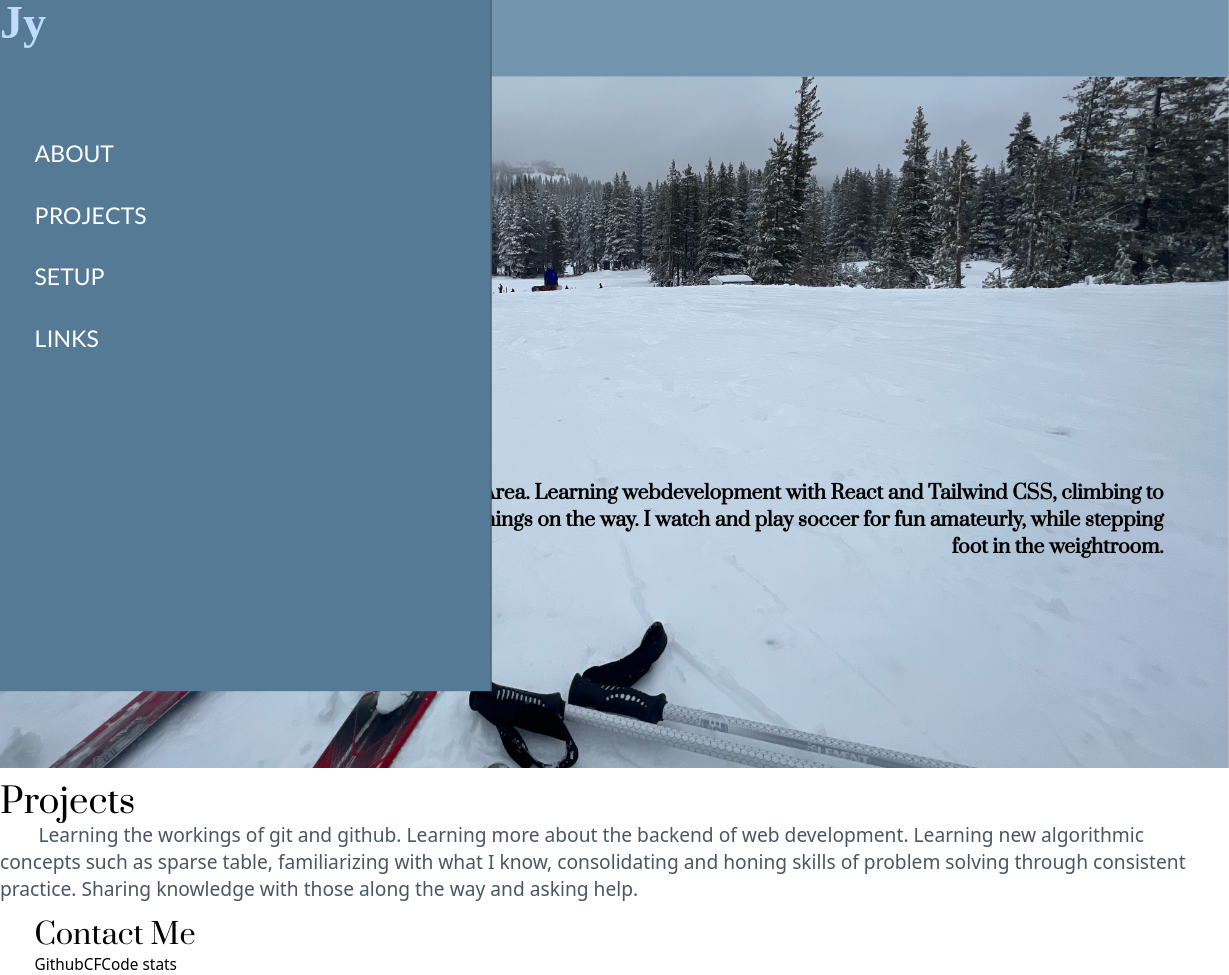
Repository: joshuayanggithub/joshua-yang-website
Page: /
The author's editor kept a copy of each file at every save. The page is drawn from the files as they stood at one save, then again after the next save.
The browser window is 1280 px wide. The pictures show the whole page, at 96% of full size.
Some web fonts or font styles are not loaded; a fallback is used. The project was rebuilt for these pictures with package versions that can differ from the ones it lists, and the page was loaded fresh each time.

Above is the page before, as saved 2023-01-08 02:18:30.

### public/index.html
<!DOCTYPE html>
<html lang="en">
  <head>
    <meta charset="utf-8" />
    <link rel="icon" href="%PUBLIC_URL%/favicon.ico" />
    <meta name="viewport" content="width=device-width, initial-scale=1" />
    <meta name="theme-color" content="#000000" />
    <meta
      name="description"
      content="Web site created using create-react-app"
    />
    <link rel="apple-touch-icon" href="%PUBLIC_URL%/logo192.png" />
    <!--
      manifest.json provides metadata used when your web app is installed on a
      user's mobile device or desktop. See https://developers.google.com/web/fundamentals/web-app-manifest/
    -->
    <link rel="manifest" href="%PUBLIC_URL%/manifest.json" />
    <!--
      Notice the use of %PUBLIC_URL% in the tags above.
      It will be replaced with the URL of the `public` folder during the build.
      Only files inside the `public` folder can be referenced from the HTML.

      Unlike "/favicon.ico" or "favicon.ico", "%PUBLIC_URL%/favicon.ico" will
      work correctly both with client-side routing and a non-root public URL.
      Learn how to configure a non-root public URL by running `npm run build`.
    -->
    <title>Joshua Yang</title>
  </head>
  <body>
    <noscript>You need to enable JavaScript to run this app.</noscript>
    <div id="root"></div>
    <!--
      This HTML file is a template.
      If you open it directly in the browser, you will see an empty page.

      You can add webfonts, meta tags, or analytics to this file.
      The build step will place the bundled scripts into the <body> tag.

      To begin the development, run `npm start` or `yarn start`.
      To create a production bundle, use `npm run build` or `yarn build`.
    -->
  </body>
</html>

### src/index.css
@import url('https://fonts.googleapis.com/css2?family=Lato:ital,wght@0,100;0,300;0,400;0,700;0,900;1,100;1,400;1,700;1,900&display=swap');

@import url('https://fonts.googleapis.com/css2?family=Prata&display=swap');

@import url('https://fonts.googleapis.com/css2?family=Sofia&display=swap');

@tailwind base;
@tailwind components;
@tailwind utilities;

### src/App.js
import NavBar from "./components/NavBar";
import About from "./components/About";
import Contacts from "./components/Contacts";
import Setup from "./components/Setup";
import Projects from "./components/Projects";

function App() {
  return (
    <>
      <NavBar />
      <About />
      <Projects />
      <Setup />
      <Contacts />
    </>
  );
}

export default App;

### src/components/NavBar.jsx
import React from "react";
import {AiOutlineMenu,AiOutlineClose} from 'react-icons/ai'
import Button from './Button'

const NavBar = () => {
  const links = [
    {'id': 1, 'name': 'About'},
    {'id': 2, 'name': 'Projects'},
    {'id': 3, 'name': 'Setup'},
    {'id': 4, 'name': 'Links'}
  ]

  return (
    <div class="md:flex bg-sasskyblue w-full justify-between items-center h-20 mx-auto px-4">
      <div>
        <AiOutlineMenu size={50}></AiOutlineMenu>
      </div>

      <div class="hidden">
        <ul class="md:flex">
          {
            links.map((link) =>
              <li key={link.id}>
                <a href='#About' class="text-3xl text-white px-5 hover:bg-sasnavyblue hover:font-bold duration-300 uppercase font-navheader">{link.name}</a>
              </li>
            )
          }
        </ul>
        <Button> Email Me </Button>
      </div>

      <div class="fixed left-0 top-0 w-[40%] h-full border-r border-r-gray-600 bg-sasnavyblue">
        <h1 class="font-cursive text-5xl font-bold text-blue-200">Jy</h1>
        <ul class="pt-20">
            {
              links.map((link) =>
                <li key={link.id} class="p-4">
                  <a href='#About' class="text-2xl text-white p-5 hover:bg-sasnavyblue hover:font-bold duration-300 uppercase font-navheader">{link.name}</a>
                </li>
              )
            }
          </ul>
        </div>
    </div>
  );
};

export default NavBar;

### src/components/About.jsx
import React from 'react'

const About = () => {
  return (
    <div class="h-screen py-10 px-5" style={{backgroundImage: "url(/imgs/snow_background.jpg)",  height: '100vh', width: "100vw", backgroundRepeat: "no-repeat",  backgroundPosition: 'left', backgroundSize: 'cover',}}>
      <h1 class="py-10 px-8 my-3 mx-4 text-black font-pageheader text-5xl max-w-4xl">About Me</h1>
      <p class="py-40 justify-between px-8 my-20 mx-4 indent-10 text-black text-xl font-pageheader font-extrabold text-end" >I am 16 years old. From the Bay Area. Learning webdevelopment with React and Tailwind CSS, climbing to specialist in CodeForces, and learning new things on the way. I watch and play soccer for fun amateurly, while stepping foot in the weightroom. </p>
    </div>
  );
}

export default About

### src/components/Contacts.jsx
import React from 'react'

const Contacts = () => {
  return (
    <div class="mx-5 px-4">
      <h1 class="text-3xl font-pageheader ">Contact Me</h1>
      <a href="https://github.com/joshuayanggithub">Github</a>
      <a href="https://codeforces.com/profile/JoshuaYang">CF</a>
      <a href="https://wakatime.com/@joshuayang">Code stats</a>
    </div>
  );
}

export default Contacts

### src/components/Setup.jsx
import React from 'react'

const Setup = () => {
  return (
    <div>

    </div>
  );
}

export default Setup

### src/components/Projects.jsx
import React from 'react'

const Projects = () => {
  return (
    <div class="my-4">
      <h1 class="text-black text-4xl font-pageheader">Projects</h1>
      <p class="indent-10 text-gray-600 text-xl">
        Learning the workings of git and github. Learning more about the backend of web development. Learning new algorithmic concepts such as sparse table, familiarizing with what I know,  consolidating and honing skills of problem solving through consistent practice. Sharing knowledge with those along the way and asking help.
      </p>
    </div>
  );
}

export default Projects

### src/components/Button.jsx
import React from "react";

const Button = (props) => {
  return (
    <button class="bg-sasgrey text-white font-navheader py-3  px-4 mx-3 rounded-lg">
      {props.children}
    </button>
  );
}

export default Button

### tailwind.config.js
/** @type {import('tailwindcss').Config} */
module.exports = {
  content: [
    "./src/components/*.{html,js,jsx}",
    "./src/**/*.{html,js,jsx}",
  ],
  theme: {
    screens: {
      'sm': '640px',
      // => @media (min-width: 640px) { ... }

      'md': '768px',
      // => @media (min-width: 768px) { ... }

      'lg': '1024px',
      // => @media (min-width: 1024px) { ... }

      'xl': '1280px',
      // => @media (min-width: 1280px) { ... }

      '2xl': '1536px',
      // => @media (min-width: 1536px) { ... }
    },
    extend: {
      colors: {
        'sasblack':'#5D5C61',
        'sasgrey': '#938e93',
        'sasskyblue': '#7395AE',
        'sasnavyblue': '#557A95',
        'sasgold':'#B1A296',
      }
    },
    fontFamily: {
      navheader: ['Lato',],
      pageheader: ['Prata',],
      cursive:['Sofia'],
    },
  },
  plugins: [],
}

Loaded but not shown: src/index.js (common file)

After the next save:
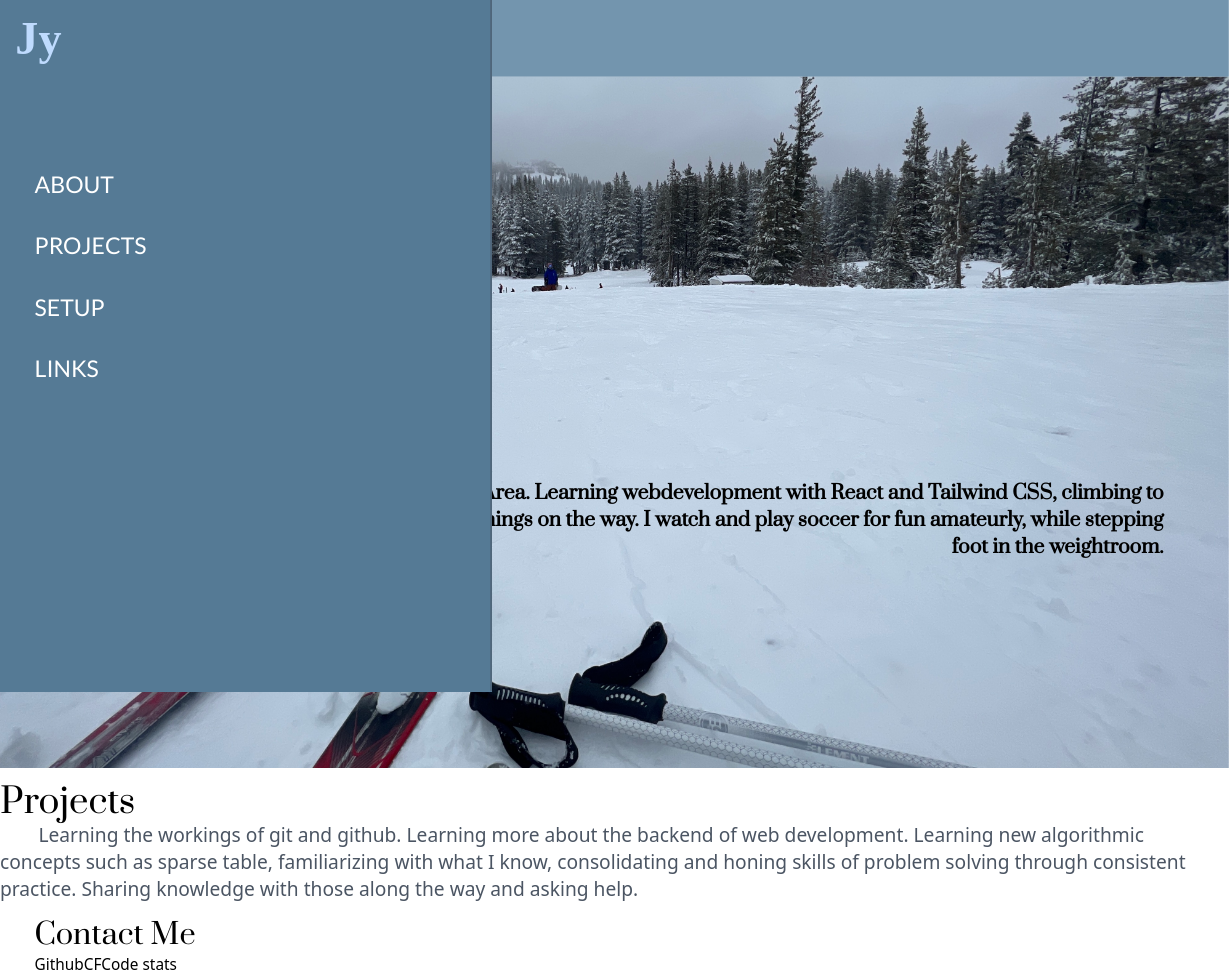
Saved 14 s later.
--- a/src/components/NavBar.jsx
+++ b/src/components/NavBar.jsx
@@ -30,7 +30,7 @@ const NavBar = () => {
       </div>
 
       <div class="fixed left-0 top-0 w-[40%] h-full border-r border-r-gray-600 bg-sasnavyblue">
-        <h1 class="font-cursive text-5xl font-bold text-blue-200">Jy</h1>
+        <h1 class="font-cursive text-5xl font-bold text-blue-200 m-4">Jy</h1>
         <ul class="pt-20">
             {
               links.map((link) =>
